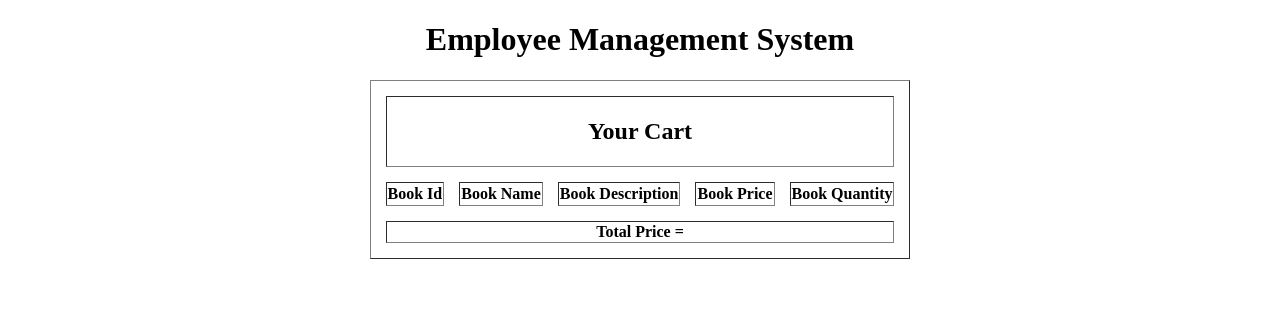
Repository: Rccalfa123/OnlineShopingCart
Page: http://localhost/OnlineBookShopping_Servlet-JSP/Cart.jsp
An editor plug-in stored every save of this project. The page is shown before and after the next save, followed by the edit.
The browser window is 1280 px wide. The pictures show the whole page.
The page is served by Tomcat 9.

Above is the page before, as saved 2018-08-09 12:54:36.

After the next save:
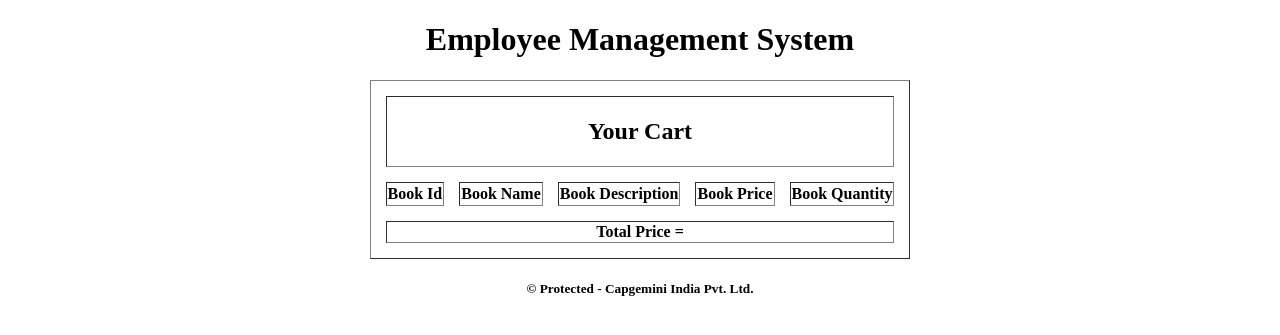
Saved 32 s later.
--- a/OnlineBookShopping_Servlet-JSP/WebContent/Cart.jsp
+++ b/OnlineBookShopping_Servlet-JSP/WebContent/Cart.jsp
@@ -41,7 +41,7 @@
 
 	</form>
 
-
+<jsp:include page="footer.html"></jsp:include>
 
 </body>
 </html>
